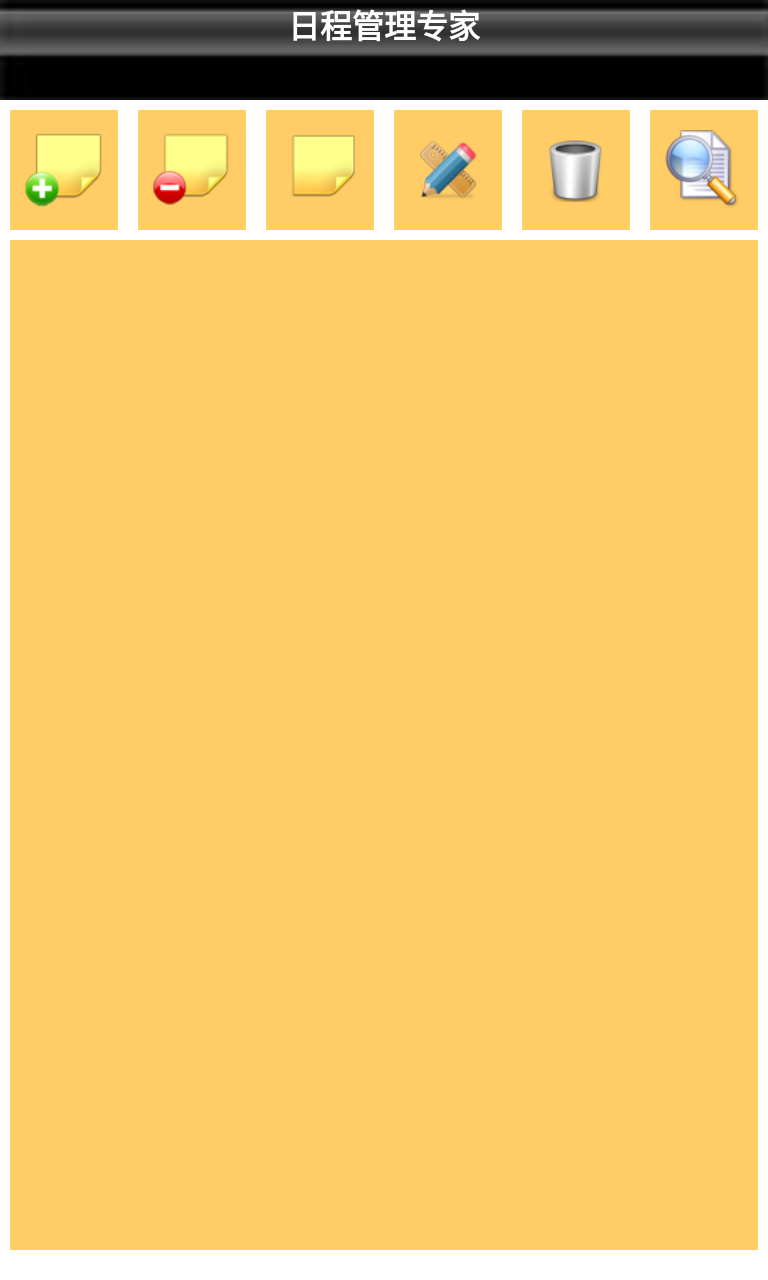
Repository: gogolaile/CoolWeather
Layout: DayDel/res/layout/add.xml
An editor plug-in stored every save of this project. The layout is shown before and after the next save, followed by the edit.
It is drawn on a 768 x 1280 px phone screen (xhdpi) without system bars, with theme android:Theme.NoTitleBar.Fullscreen; the app's code is not run. Lists and similar views that code fills are empty.

Above is the layout before, as saved 2015-12-05 09:12:12.

### DayDel/res/layout/add.xml
<LinearLayout xmlns:android="http://schemas.android.com/apk/res/android"
    android:layout_width="match_parent"
    android:layout_height="match_parent"
    android:background="#FFFF"
    android:orientation="vertical">

    <FrameLayout
        android:layout_width="match_parent"
        android:layout_height="50dp"
        android:background="@drawable/title">
    <TextView
        android:layout_width="wrap_content"
        android:layout_height="wrap_content"
        android:text="@string/day_manager"
        android:textSize="16sp"
        android:textColor="#FFFF"
        android:textStyle="bold"
        android:layout_gravity="center_horizontal"
        />
     </FrameLayout>
     <LinearLayout
         android:layout_width="match_parent"
         android:layout_height="wrap_content"
         android:orientation="horizontal">
         <ImageButton
             android:id = "@+id/newone_b"
             android:layout_width="0dp"
             android:layout_height="60dp"
             android:layout_weight="1"
             android:layout_margin="5dp"
             android:padding="20dp"
             android:background="#FFCC66"
             android:src="@drawable/newone"/>
          <ImageButton
             android:id = "@+id/delete_b"
             android:layout_width="0dp"
             android:layout_height="60dp"
             android:layout_weight="1"
             android:layout_margin="5dp"
             android:padding="20dp"
             android:background="#FFCC66"
             android:src="@drawable/delete"/>
           <ImageButton
             android:id = "@+id/check_b"
             android:layout_width="0dp"
             android:layout_height="60dp"
             android:layout_weight="1"
             android:layout_margin="5dp"
             android:padding="20dp"
             android:background="#FFCC66"
             android:src="@drawable/check"/>
            <ImageButton
             android:id = "@+id/edit_b"
             android:layout_width="0dp"
             android:layout_height="60dp"
             android:layout_weight="1"
             android:layout_margin="5dp"
             android:padding="20dp"
             android:background="#FFCC66"
             android:src="@drawable/edit"/>
           <ImageButton
             android:id = "@+id/deleteall_b"
             android:layout_width="0dp"
             android:layout_height="60dp"
             android:layout_weight="1"
             android:layout_margin="5dp"
             android:padding="20dp"
             android:background="#FFCC66"
             android:src="@drawable/deleteall"/>
           <ImageButton
             android:id = "@+id/search_b"
             android:layout_width="0dp"
             android:layout_height="60dp"
             android:layout_weight="1"
             android:layout_margin="5dp"
             android:padding="20dp"
             android:background="#FFCC66"
             android:src="@drawable/search"/>
     </LinearLayout>
     <ListView
             android:layout_width="match_parent"
             android:layout_height="match_parent"
             android:background="#FFCC66"
             android:layout_marginLeft="5dp"
             android:layout_marginRight="5dp"
             android:layout_marginBottom="15dp">
     </ListView>
</LinearLayout>

### DayDel/res/values/strings.xml
<?xml version="1.0" encoding="utf-8"?>
<resources>

    <string name="app_name">DayDel</string>
    <string name="hello_world">Hello world!</string>
    <string name="action_settings">Settings</string>
    <string name="day_manager">日程管理专家</string>
    <string name="duty">已有日程</string>
    <string name="type">类型</string>
    <string name="theme">主题</string>
    <string name="remark">备注</string>
    <string name="add">添加</string>
    <string name="comeback">返回上一页</string>
    <string name="add_new_type">添加新类型</string>
    <string name="type_manager">类型管理</string>
    <string name="existing_type">已有类型</string>
    <string name="complete">完成</string>
    <string name="cancel">取消</string>
    <string name="set_the_alarm">设置闹钟</string>
    <string name="set_the_time">设置日期和时间</string>
    <string name="edit">更改</string>
    <string name="search">搜索</string>
    <string name="search_result">查找结果</string>
    <string name="limited_date_range">限定日期范围</string>
    <string name="conditions_search">按条件搜索</string>
    <string name="search_from">从指定类型中搜索</string>
    <string name="choose_all_type">选定以上所有类型</string>
    <string name="metting">会议</string>
    <string name="memo">备忘</string>
    <string name="date">约会</string>
    <string name="backlog">待办</string>
    <string name="date_changed">修改日程</string>
    <string name="date_build">新建日程</string>
    <string name="day">日期:2011/06/19</string>
    <string name="time">时间:08:00</string>
    <string name="alarm">闹钟:无闹钟</string>
    <string name="daytype_manage">日程类型管理</string>
</resources>

After the next save:
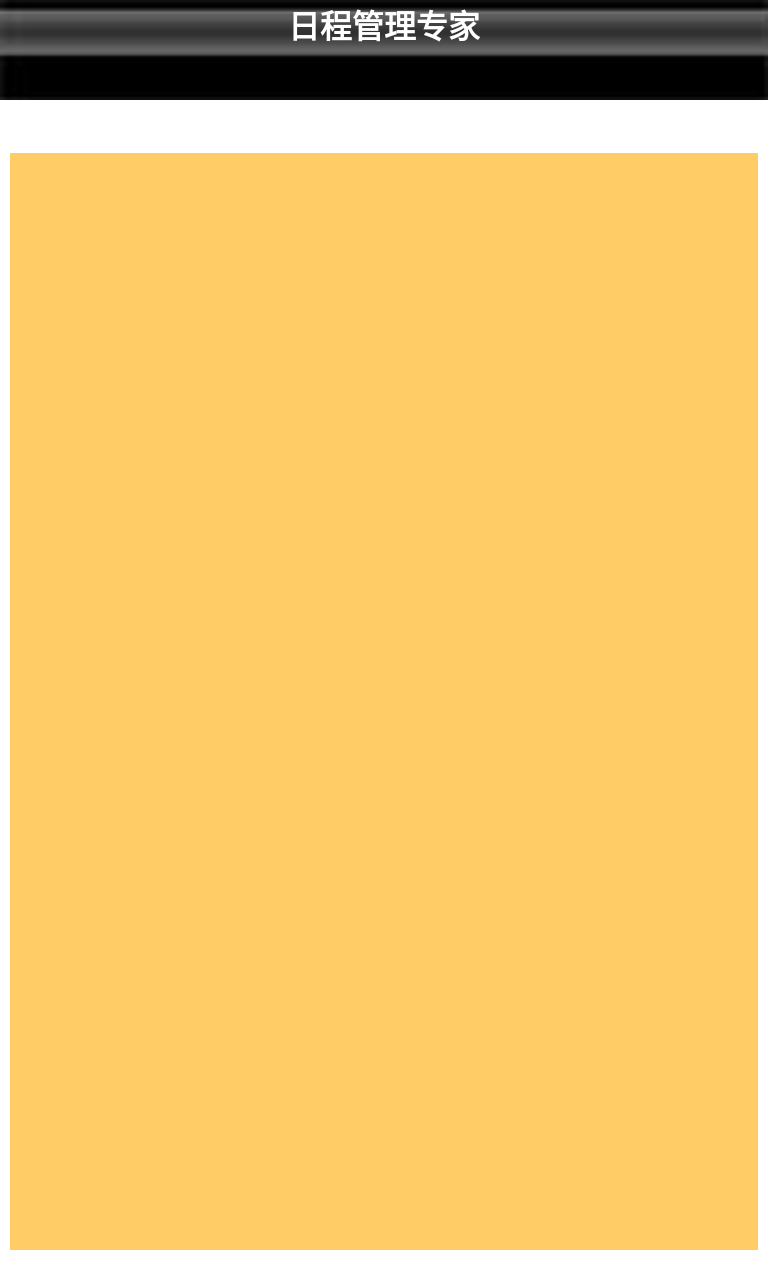
Saved 28 s later.
--- a/DayDel/res/layout/add.xml
+++ b/DayDel/res/layout/add.xml
@@ -18,65 +18,13 @@
         android:layout_gravity="center_horizontal"
         />
      </FrameLayout>
-     <LinearLayout
-         android:layout_width="match_parent"
-         android:layout_height="wrap_content"
-         android:orientation="horizontal">
-         <ImageButton
-             android:id = "@+id/newone_b"
-             android:layout_width="0dp"
-             android:layout_height="60dp"
-             android:layout_weight="1"
-             android:layout_margin="5dp"
-             android:padding="20dp"
-             android:background="#FFCC66"
-             android:src="@drawable/newone"/>
-          <ImageButton
-             android:id = "@+id/delete_b"
-             android:layout_width="0dp"
-             android:layout_height="60dp"
-             android:layout_weight="1"
-             android:layout_margin="5dp"
-             android:padding="20dp"
-             android:background="#FFCC66"
-             android:src="@drawable/delete"/>
-           <ImageButton
-             android:id = "@+id/check_b"
-             android:layout_width="0dp"
-             android:layout_height="60dp"
-             android:layout_weight="1"
-             android:layout_margin="5dp"
-             android:padding="20dp"
-             android:background="#FFCC66"
-             android:src="@drawable/check"/>
-            <ImageButton
-             android:id = "@+id/edit_b"
-             android:layout_width="0dp"
-             android:layout_height="60dp"
-             android:layout_weight="1"
-             android:layout_margin="5dp"
-             android:padding="20dp"
-             android:background="#FFCC66"
-             android:src="@drawable/edit"/>
-           <ImageButton
-             android:id = "@+id/deleteall_b"
-             android:layout_width="0dp"
-             android:layout_height="60dp"
-             android:layout_weight="1"
-             android:layout_margin="5dp"
-             android:padding="20dp"
-             android:background="#FFCC66"
-             android:src="@drawable/deleteall"/>
-           <ImageButton
-             android:id = "@+id/search_b"
-             android:layout_width="0dp"
-             android:layout_height="60dp"
-             android:layout_weight="1"
-             android:layout_margin="5dp"
-             android:padding="20dp"
-             android:background="#FFCC66"
-             android:src="@drawable/search"/>
-     </LinearLayout>
+    <TextView
+        android:layout_width="wrap_content"
+        android:layout_height="wrap_content"
+        android:text="@string/daytype_manage"
+                android:textSize="18sp"
+        android:textColor="#FFFF"
+        android:textStyle="bold"/>
      <ListView
              android:layout_width="match_parent"
              android:layout_height="match_parent"
